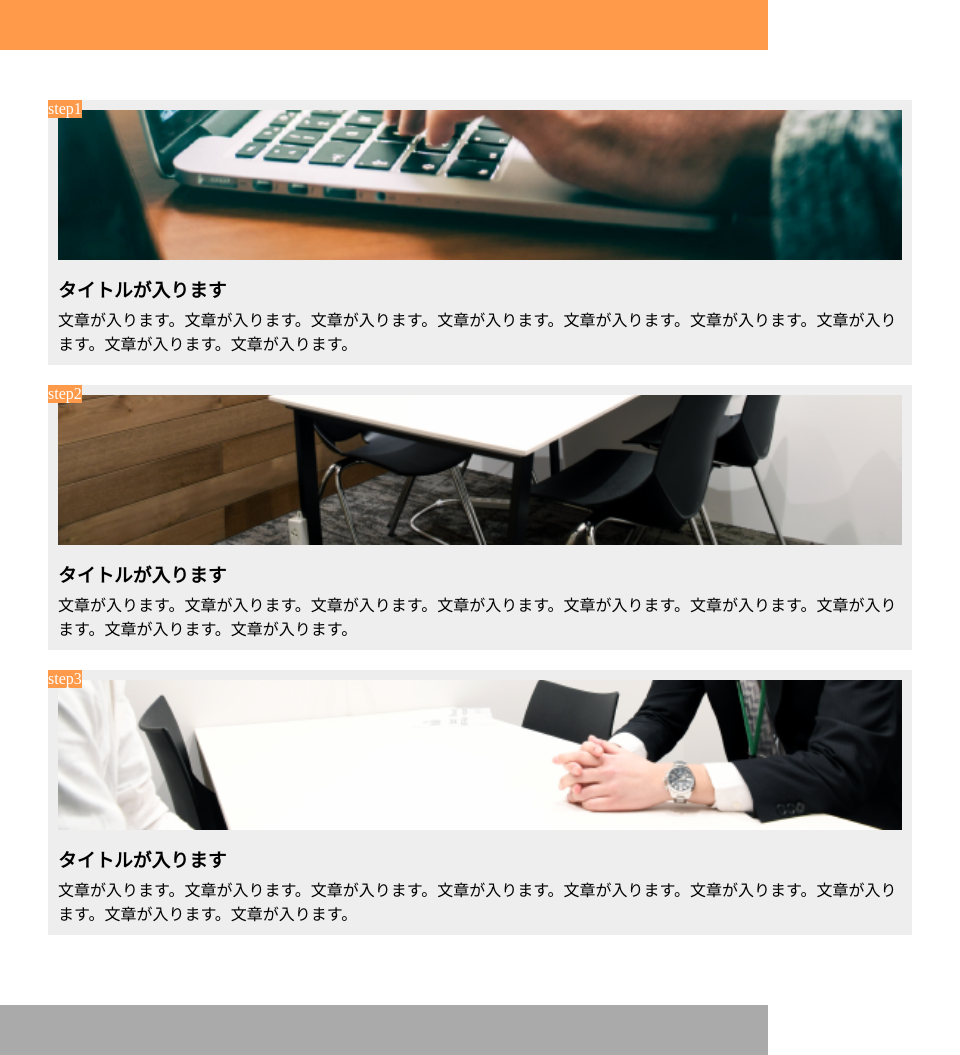
Repository: karei2640/dmm-webcanp
Page: ９章演習/９章演習.html
The author's editor kept a record of every edit. The page is drawn from the files as they stood at one moment, then again after the next edit.
The browser window is 768 px wide. The page is 960 px wide, then 768 px, so the pictures cover 960 px, including what lies to the right of the window. The pictures show the whole page.

Above is the page before.

### ９章演習/９章演習.html
<html lang="ja">
  <head>
    <meta charset="UTF-8" />
   <meta name="viewport" content="width=device-width,initial-scale=1.0">
    <title>9章演習</title>
    <link rel="stylesheet" href="９章演習.css" />
  </head>
  <body>
    <header></header>
    <main>
      <div class="step-box">
        <div class="step-img1"></div>
        <span class="step-num">step1</span>
        <h3 class="title">タイトルが入ります</h3>
        <p class="text">
          文章が入ります。文章が入ります。文章が入ります。文章が入ります。文章が入ります。文章が入ります。文章が入ります。文章が入ります。文章が入ります。
        </p>
      </div>

      <div class="step-box">
        <div class="step-img2"></div>
        <span class="step-num">step2</span>
        <h3 class="title">タイトルが入ります</h3>
        <p class="text">
          文章が入ります。文章が入ります。文章が入ります。文章が入ります。文章が入ります。文章が入ります。文章が入ります。文章が入ります。文章が入ります。
        </p>
      </div>

      <div class="step-box">
        <div class="step-img3"></div>
        <span class="step-num">step3</span>
        <h3 class="title">タイトルが入ります</h3>
        <p class="text">
          文章が入ります。文章が入ります。文章が入ります。文章が入ります。文章が入ります。文章が入ります。文章が入ります。文章が入ります。文章が入ります。
        </p>
      </div>
    </main>
    <footer></footer>
  </body>
</html>

### ９章演習/９章演習.css
*{
  box-sizing: border-box;
  margin: 0;
  padding: 0;
}

header {
  height: 50px;
  background-color: #ff9a4b;
}

main {
  width: 960px;
  margin: 50px auto;
  display: inline-block;
}

.step-box {
  width: 300px;
  margin-right: 30px;
  padding: 10px;
  position: relative;
  background-color: #eee;
}

.step-box:last-child {
  margin-right: 0;
}

.step-img1 {
  height: 150px;
  background-image: url(img/flow01.png);
  background-position: bottom;
  background-size: cover;
}

.step-img2 {
  height: 150px;
  background-image: url(img/flow02.png);
  background-position: bottom;
  background-size: cover;
}

.step-img3 {
  height: 150px;
  background-image: url(img/flow03.png);
  background-position: bottom;
  background-size: cover;
}

.step-num {
  position: absolute;
  top: 0;
  left: 0;
  background-color: #ff9a4b;
  color: #fff;
}

.title {
  margin: 15px 0 5px;
}

footer {
  height: 50px;
  background-color: #aaa;
}


@media screen and (max-width: 768px) {
.step-box{
    width:90%;
    margin-left: 5%;
    margin-right: 5%;
    margin-bottom: 20px;
    background-size: auto;


    }



}

After the next edit:
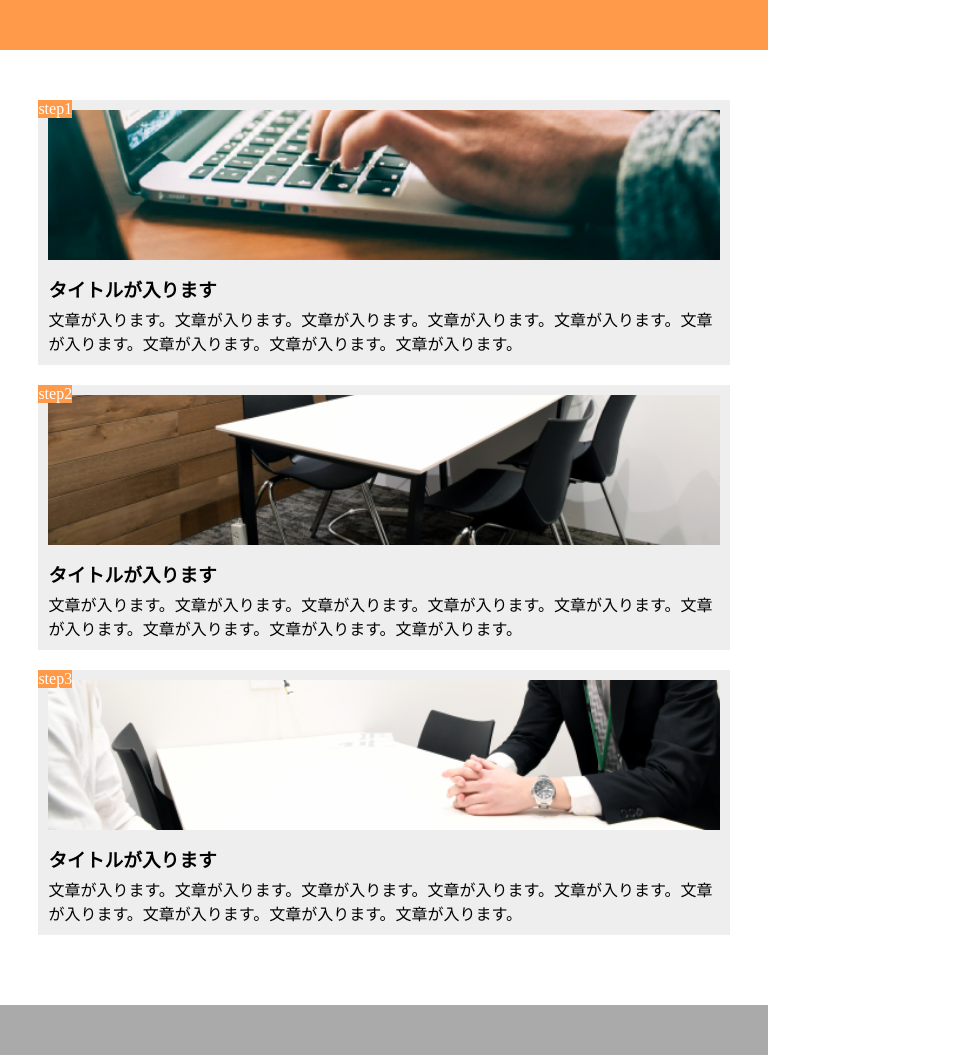
The edit:
--- a/９章演習/９章演習.css
+++ b/９章演習/９章演習.css
@@ -67,6 +67,9 @@
 
 
 @media screen and (max-width: 768px) {
+    main{
+        width: 100%;
+    }
 .step-box{
     width:90%;
     margin-left: 5%;
